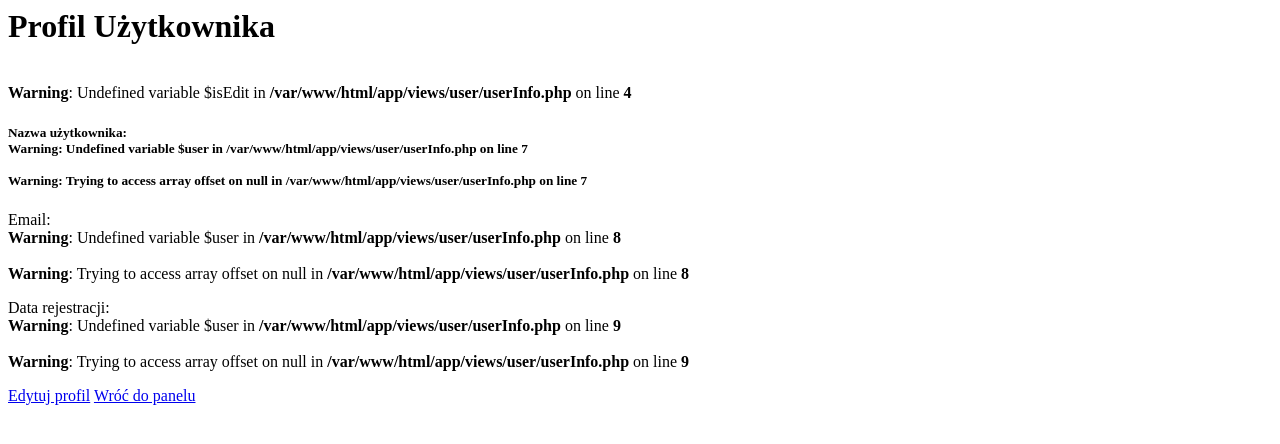
Repository: BoguszKonrady/FORUM
Page: http://localhost/app/views/user/userInfo.php
These files come from the project's save history. The page is drawn as it stood at one moment and after the next save; the edit follows.
The browser window is 1280 px wide. The pictures show the whole page.
The page is run by PHP 8.4 with error messages shown; the project is at /var/www/html/.

Above is the page before, as saved 2024-06-05 20:18:47.

### app/views/user/userInfo.php
<div class="">
        <div id="main-content" class="">
            <h1>Profil Użytkownika</h1>
            <?php if (!$isEdit): ?>
                <div class="">
                    <div class="card-body">
                        <h5 class="card-title">Nazwa użytkownika: <?php echo htmlspecialchars($user['username']); ?></h5>
                        <p class="card-text">Email: <?php echo htmlspecialchars($user['email']); ?></p>
                        <p class="card-text">Data rejestracji: <?php echo htmlspecialchars($user['created_at']); ?></p>
                        <a href="editProfile.php?edit=true" class="btn btn-primary">Edytuj profil</a>
                        <a href="/index.php" class="btn btn-secondary">Wróć do panelu</a>
                    </div>
                </div>
            <?php else: ?>
                <h2>Edytuj Profil</h2>
                <form action="/controllers/user/editProfile.php" method="post">
                    <div class="form-group">
                        <label for="username">Nazwa użytkownika:</label>
                        <input type="text" class="form-control" id="username" name="username" value="<?php echo htmlspecialchars($user['username']); ?>" required>
                    </div>
                    <div class="form-group">
                        <label for="email">Email:</label>
                        <input type="email" class="form-control" id="email" name="email" value="<?php echo htmlspecialchars($user['email']); ?>" required>
                    </div>
                    <button type="submit" class="btn btn-primary">Zapisz zmiany</button>
                    <a href="editProfile.php" class="btn btn-secondary">Anuluj</a>
                </form>
            <?php endif; ?>
        </div>
    </div>
</div>

After the next save:
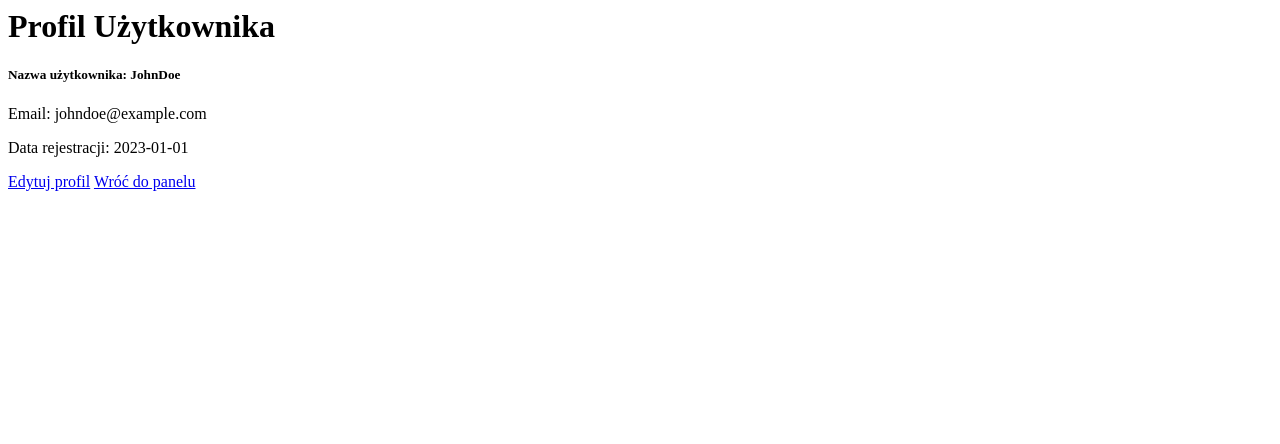
Saved 89 s later.
--- a/app/views/user/userInfo.php
+++ b/app/views/user/userInfo.php
@@ -1,31 +1,40 @@
+<!-- profileInfo.php -->
+<?php
+$isEdit = isset($_GET['edit']) && $_GET['edit'] == 'true';
+$user = [
+    'username' => 'JohnDoe', // Replace with actual user data
+    'email' => 'johndoe@example.com', // Replace with actual user data
+    'created_at' => '2023-01-01' // Replace with actual user data
+];
+?>
+
 <div class="">
-        <div id="main-content" class="">
-            <h1>Profil Użytkownika</h1>
-            <?php if (!$isEdit): ?>
-                <div class="">
-                    <div class="card-body">
-                        <h5 class="card-title">Nazwa użytkownika: <?php echo htmlspecialchars($user['username']); ?></h5>
-                        <p class="card-text">Email: <?php echo htmlspecialchars($user['email']); ?></p>
-                        <p class="card-text">Data rejestracji: <?php echo htmlspecialchars($user['created_at']); ?></p>
-                        <a href="editProfile.php?edit=true" class="btn btn-primary">Edytuj profil</a>
-                        <a href="/index.php" class="btn btn-secondary">Wróć do panelu</a>
-                    </div>
+    <div id="main-content" class="">
+        <h1>Profil Użytkownika</h1>
+        <?php if (!$isEdit): ?>
+            <div class="">
+                <div class="card-body">
+                    <h5 class="card-title">Nazwa użytkownika: <?php echo htmlspecialchars($user['username']); ?></h5>
+                    <p class="card-text">Email: <?php echo htmlspecialchars($user['email']); ?></p>
+                    <p class="card-text">Data rejestracji: <?php echo htmlspecialchars($user['created_at']); ?></p>
+                    <a href="?edit=true" class="btn btn-primary">Edytuj profil</a>
+                    <a href="/index.php" class="btn btn-secondary">Wróć do panelu</a>
                 </div>
-            <?php else: ?>
-                <h2>Edytuj Profil</h2>
-                <form action="/controllers/user/editProfile.php" method="post">
-                    <div class="form-group">
-                        <label for="username">Nazwa użytkownika:</label>
-                        <input type="text" class="form-control" id="username" name="username" value="<?php echo htmlspecialchars($user['username']); ?>" required>
-                    </div>
-                    <div class="form-group">
-                        <label for="email">Email:</label>
-                        <input type="email" class="form-control" id="email" name="email" value="<?php echo htmlspecialchars($user['email']); ?>" required>
-                    </div>
-                    <button type="submit" class="btn btn-primary">Zapisz zmiany</button>
-                    <a href="editProfile.php" class="btn btn-secondary">Anuluj</a>
-                </form>
-            <?php endif; ?>
-        </div>
+            </div>
+        <?php else: ?>
+            <h2>Edytuj Profil</h2>
+            <form action="/controllers/user/editProfile.php" method="post">
+                <div class="form-group">
+                    <label for="username">Nazwa użytkownika:</label>
+                    <input type="text" class="form-control" id="username" name="username" value="<?php echo htmlspecialchars($user['username']); ?>" required>
+                </div>
+                <div class="form-group">
+                    <label for="email">Email:</label>
+                    <input type="email" class="form-control" id="email" name="email" value="<?php echo htmlspecialchars($user['email']); ?>" required>
+                </div>
+                <button type="submit" class="btn btn-primary">Zapisz zmiany</button>
+                <a href="?edit=false" class="btn btn-secondary">Anuluj</a>
+            </form>
+        <?php endif; ?>
     </div>
 </div>
